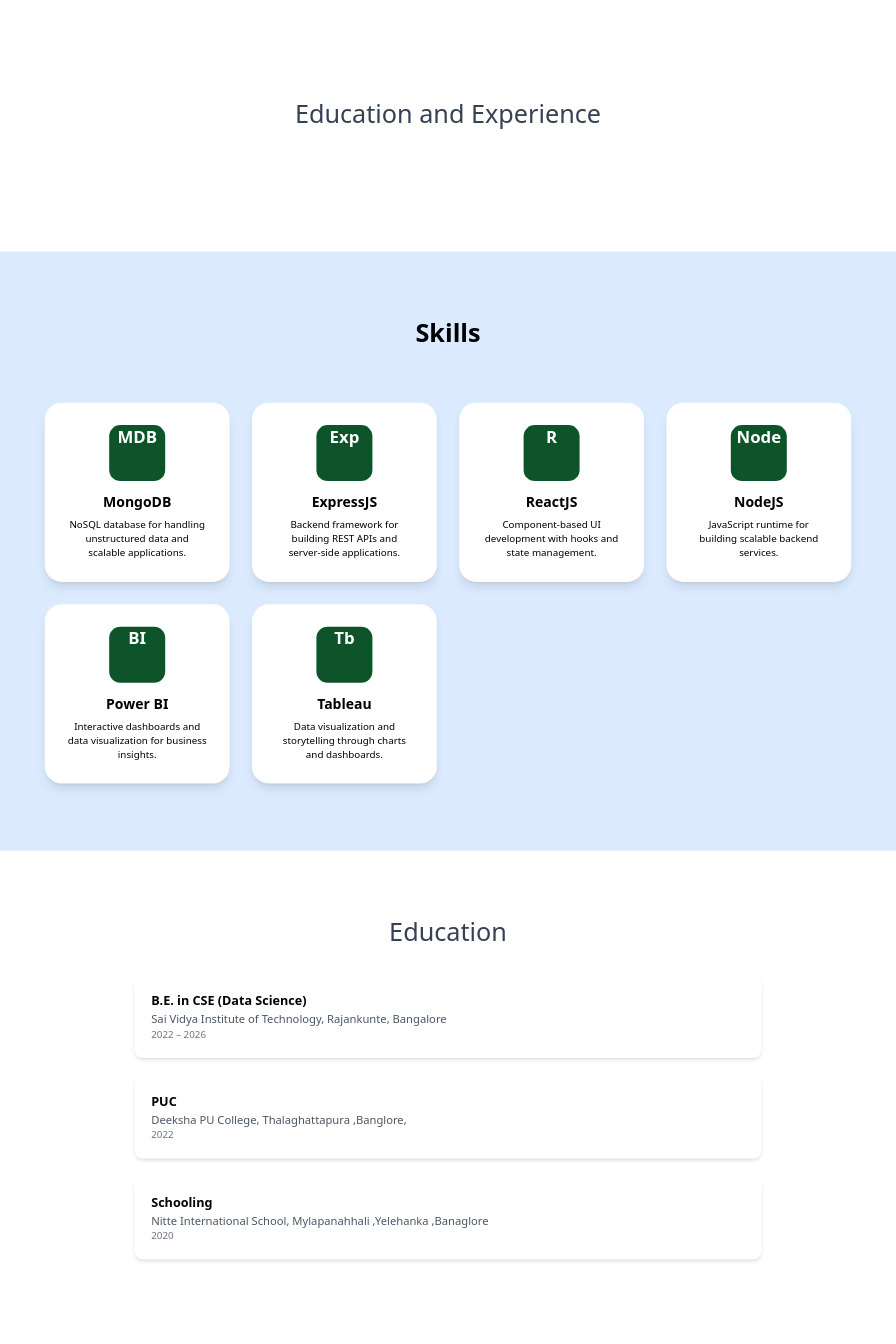
Repository: Rhaashee/myProfile
Page: index.html
The author's editor kept a copy of each file at every save. The page is drawn from the files as they stood at one save, then again after a run of saves.
The browser window is 1280 px wide. The pictures show the part of the page from y = 1945 to 3865 px (the page is 3865 px tall), at 70% of full size.

Above is the page before, as saved 2026-04-29 16:33:56.
Console error: SyntaxError: Identifier 'projectsData' has already been declared

After the next 2 saves:
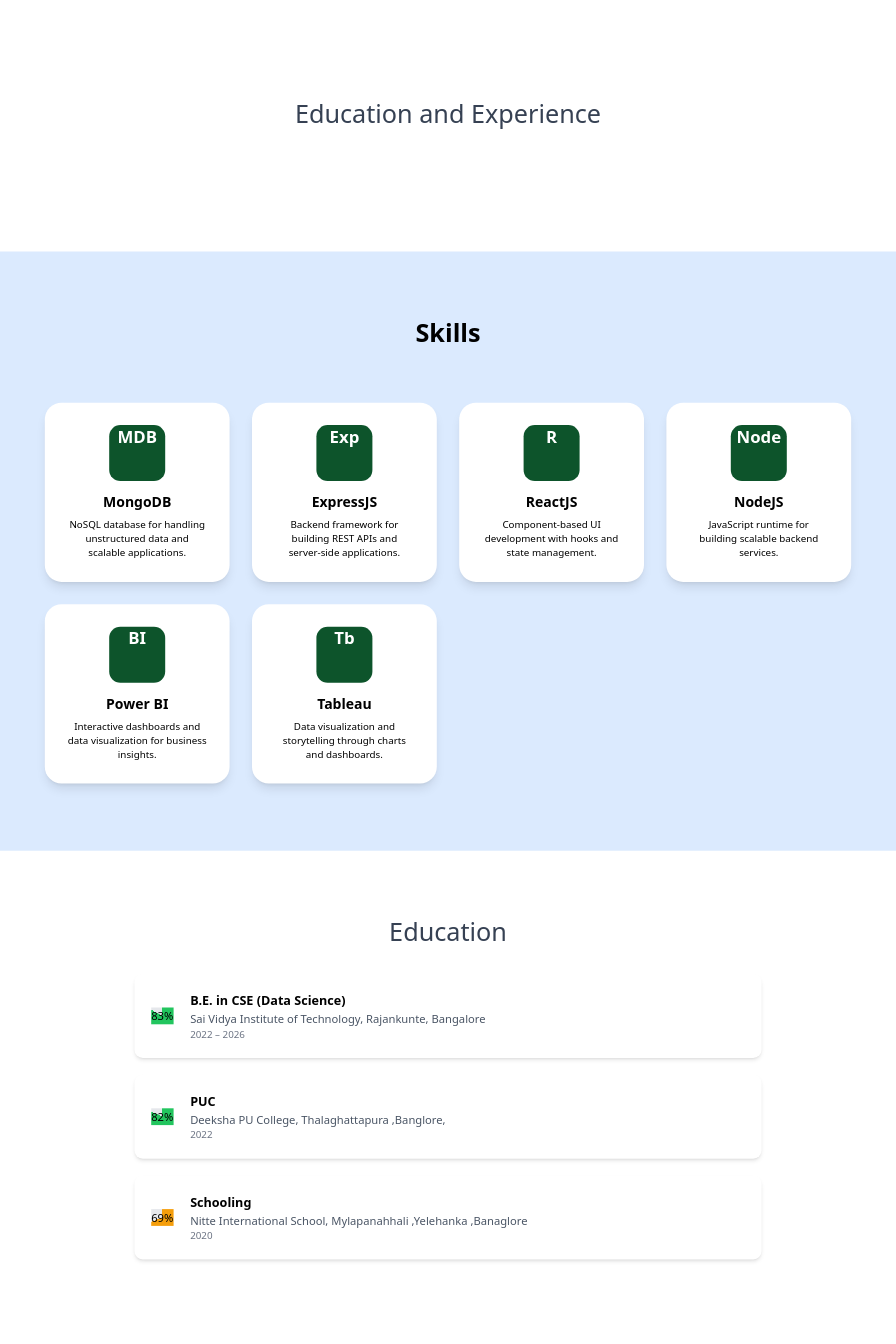
The 2 saves are shown as one change because they came seconds apart.
The last was saved 2 min 2 s later.
--- a/js/features/education-render.js
+++ b/js/features/education-render.js
@@ -9,7 +9,31 @@ function renderEducation() {
 
         const card = document.createElement("div");
         card.className =
-            "bg-white dark:bg-blue-50 p-6 mb-6 rounded-xl shadow-md hover:shadow-lg transition";
+            "flex items-center gap-6 bg-white dark:bg-blue-50 p-6 mb-6 rounded-xl shadow-md hover:shadow-lg transition";
+
+        // 🔵 DONUT CIRCLE
+        const circle = document.createElement("div");
+        circle.className = "progress-circle";
+
+        const value = edu.percentage; // use percentage instead of score
+
+        // 🎨 Color logic
+        let color = "#ef4444"; // red
+        if (value >= 80) color = "#22c55e"; // green
+        else if (value >= 70) color = "#3b82f6"; // blue
+        else if (value >= 60) color = "#f59e0b"; // yellow
+
+        circle.style.background =
+            `conic-gradient(${color} ${value}%, #e5e7eb ${value}%)`;
+
+        const inner = document.createElement("div");
+        inner.className = "inner-circle";
+        inner.textContent = value + "%";
+
+        circle.appendChild(inner);
+
+        // TEXT SECTION
+        const textBox = document.createElement("div");
 
         const title = document.createElement("h3");
         title.className = "text-lg font-bold";
@@ -19,15 +43,14 @@ function renderEducation() {
         inst.className = "text-gray-600";
         inst.textContent = edu.institution;
 
-        const score = document.createElement("p");
-        score.className = "text-green-600 text-sm";
-        score.textContent = edu.score;
-
         const duration = document.createElement("p");
         duration.className = "text-sm text-gray-500";
         duration.textContent = edu.duration;
 
-        card.append(title, inst, score, duration);
+        textBox.append(title, inst, duration);
+
+        // FINAL APPEND
+        card.append(circle, textBox);
         container.appendChild(card);
     });
 }
